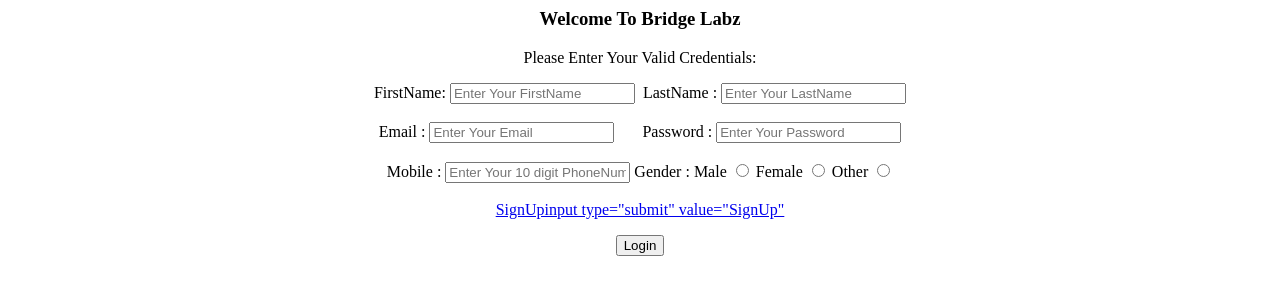
Repository: msibgathulla9980/Servlet
Page: LoginRegistrationApp/WebContent/Registration.html
An editor plug-in stored every save of this project. The page is shown before and after the next save, followed by the edit.
The browser window is 1280 px wide. The pictures show the whole page.

Above is the page before, as saved 2019-01-23 05:52:54.

After the next save:
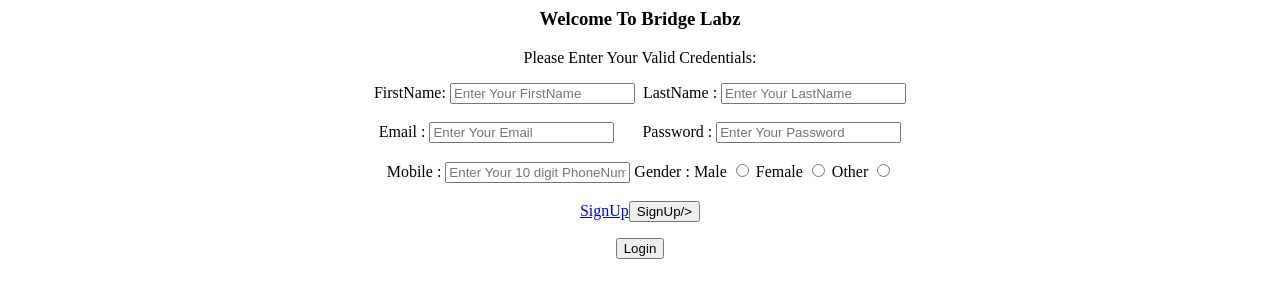
Saved 9 s later.
--- a/LoginRegistrationApp/WebContent/Registration.html
+++ b/LoginRegistrationApp/WebContent/Registration.html
@@ -19,7 +19,7 @@
  <input type="radio" name="gender" id="female" value="female" >
   <label for="other">Other</label>
  <input type="radio" name="gender" id="other" value="other" ><br><br>
-<a href="login.html" >SignUpinput type="submit" value="SignUp"</a>
+<a href="login.html" >SignUp<input type="submit" value="SignUp/>"</a>
 </form>
 <a href="login.html" ><input type="submit" value="Login"/></a>
 <center>
